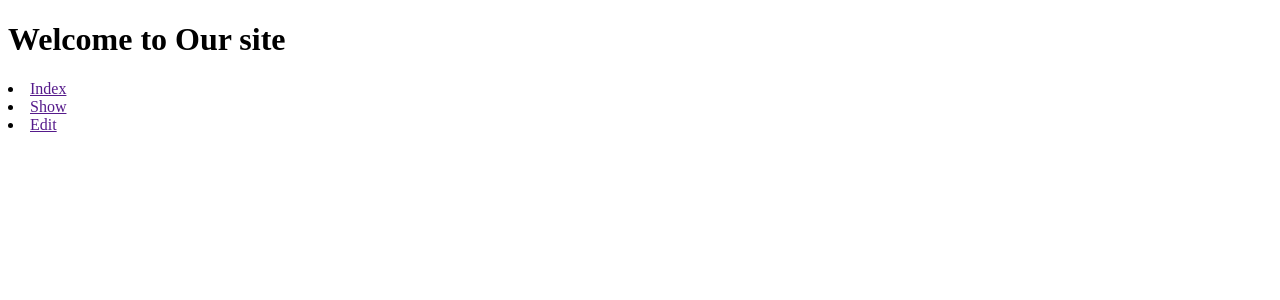
Repository: hsumyatm7308/Laravelb1
Page: http://localhost/students
The author's editor kept a copy of each file at every save. The page is drawn from the files as they stood at one save, then again after the next save.
The browser window is 1280 px wide. The pictures show the whole page.
The page is served by the project's Laravel application, run on PHP 8.4 with Laravel 10. Other server files are loaded and not shown.

Above is the page before, as saved 2023-07-24 13:40:04.

### exerciseone/routes/web.php
<?php

use Illuminate\Support\Facades\Route;
use App\Http\Controllers\studentsController;

/*
|--------------------------------------------------------------------------
| Web Routes
|--------------------------------------------------------------------------
|
| Here is where you can register web routes for your application. These
| routes are loaded by the RouteServiceProvider and all of them will
| be assigned to the "web" middleware group. Make something great!
|
*/

Route::get('/', function () {
    return view('welcome');
});


Route::get('/',function(){
     return "Save Myanmar";
});


Route::get('/sayar',function(){
    return 'Hey,Sayar Nay Kaung Lr??';
});



Route::get('/sayar/index',function(){
    return 'Hey,Sayar Nay Kaung Lr??';
});


// Route::get('redirect',function(){
//      return redirect("sayar");
// });


Route::redirect('redirect','sayar/index');


Route::get('/about/company', function () {
    return view('aboutcompany');
});

// Or

Route::view('about/company','aboutcompany');




// Route::get("/",function(){
//    return view("aboutme");
// });



Route::get('about/company/{staff}',function($staff){
    return view('aboutcompanystaff',['sf' => $staff]);
});

Route::get('about/company/{staff}/{city}',function($staff,$city){
    return view('aboutcompanystaffbycity',['sf'=>$staff,'ct'=>$city]);
});




Route::get('profile',function(){
    return view('profileme');
})->name('myprofiles');



Route::get('about/company/aungaung/mauabin',function($staff,$city){
    return view('aboutcompanystaffbycity',['sf'=>$staff,'ct'=>$city]);
})->name('companystaff');


// -----------------------------------------

// Controller

Route::get('students',[App\Http\Controllers\studentsController::class,'index'])->name('studentidx');

### exerciseone/app/Http/Controllers/studentsController.php
<?php

namespace App\Http\Controllers;

use Illuminate\Http\Request;

class studentsController extends Controller
{
  public function index(){
   $firstname = "HMM";

   return view('students/index',['fs'=>$firstname]);

  }


}

### exerciseone/resources/views/students/index.blade.php
<!DOCTYPE html>
<html>
  <head>
      <title>Student Page </title>
</head>
<body>
    <h1>Welcome to Our site </h1>

    <li><a href="">Index</a></li>
    <li><a href="">Show </a></li>
    <li><a href="">Edit </a></li>
</body>
</html>

Loaded but not shown: exerciseone/app/Providers/AppServiceProvider.php (common file); exerciseone/app/Http/Controllers/Controller.php (common file)

After the next save:
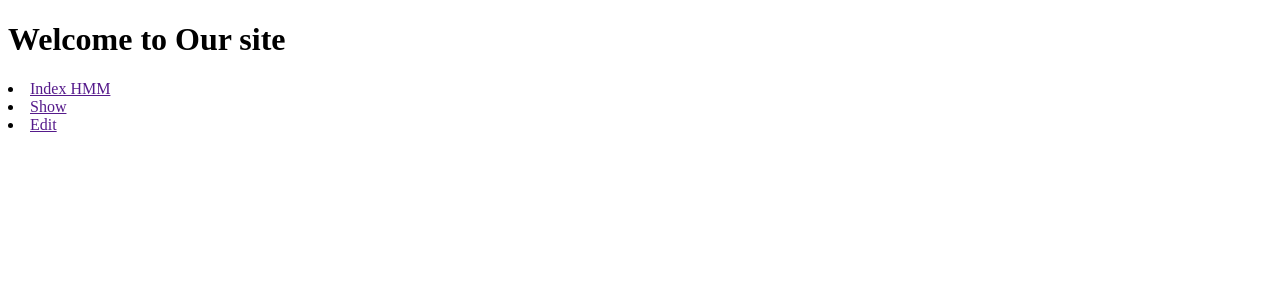
Saved 71 s later.
--- a/exerciseone/resources/views/students/index.blade.php
+++ b/exerciseone/resources/views/students/index.blade.php
@@ -6,7 +6,7 @@
 <body>
     <h1>Welcome to Our site </h1>
 
-    <li><a href="">Index</a></li>
+    <li><a href="">Index {{$fs}}</a></li>
     <li><a href="">Show </a></li>
     <li><a href="">Edit </a></li>
 </body>
